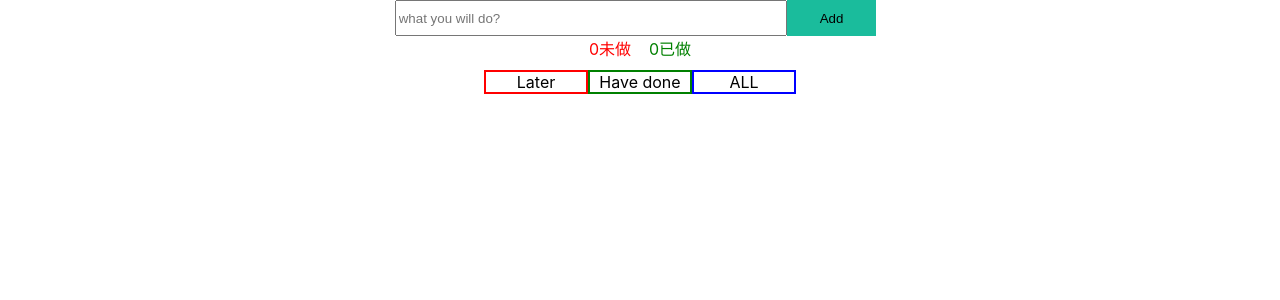
Repository: yurensmile/todolist
Page: /
These files come from the project's save history. The page is drawn as it stood at one moment and after the next save; the edit follows.
The browser window is 1280 px wide. The pictures show the whole page.
The project was rebuilt for these pictures with package versions that can differ from the ones it lists, and the page was loaded fresh each time. Also part of the build but not shown: src/All.js, src/HaveDone.js.

Above is the page before, as saved 2019-03-20 17:05:12.

After the next save:
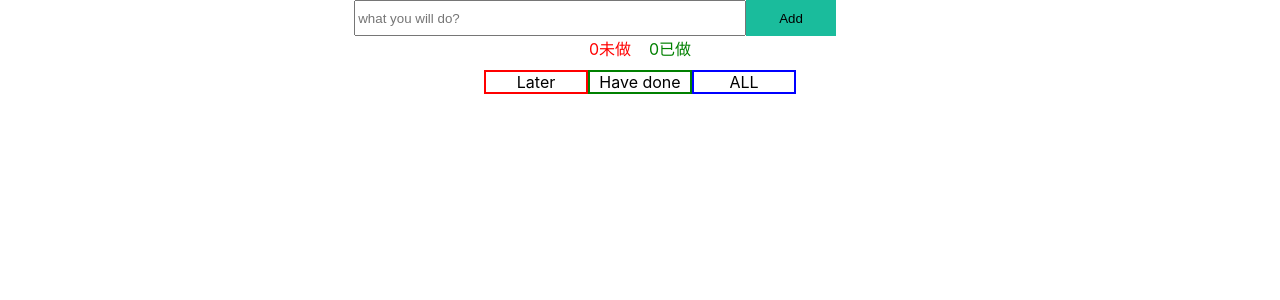
Saved 6 s later.
--- a/src/App.css
+++ b/src/App.css
@@ -51,5 +51,5 @@ button{
   border: 0px;
   width: 7%;
   height: 36px;
-  margin-right: 9px;
+  margin-right: 90px;
 }
